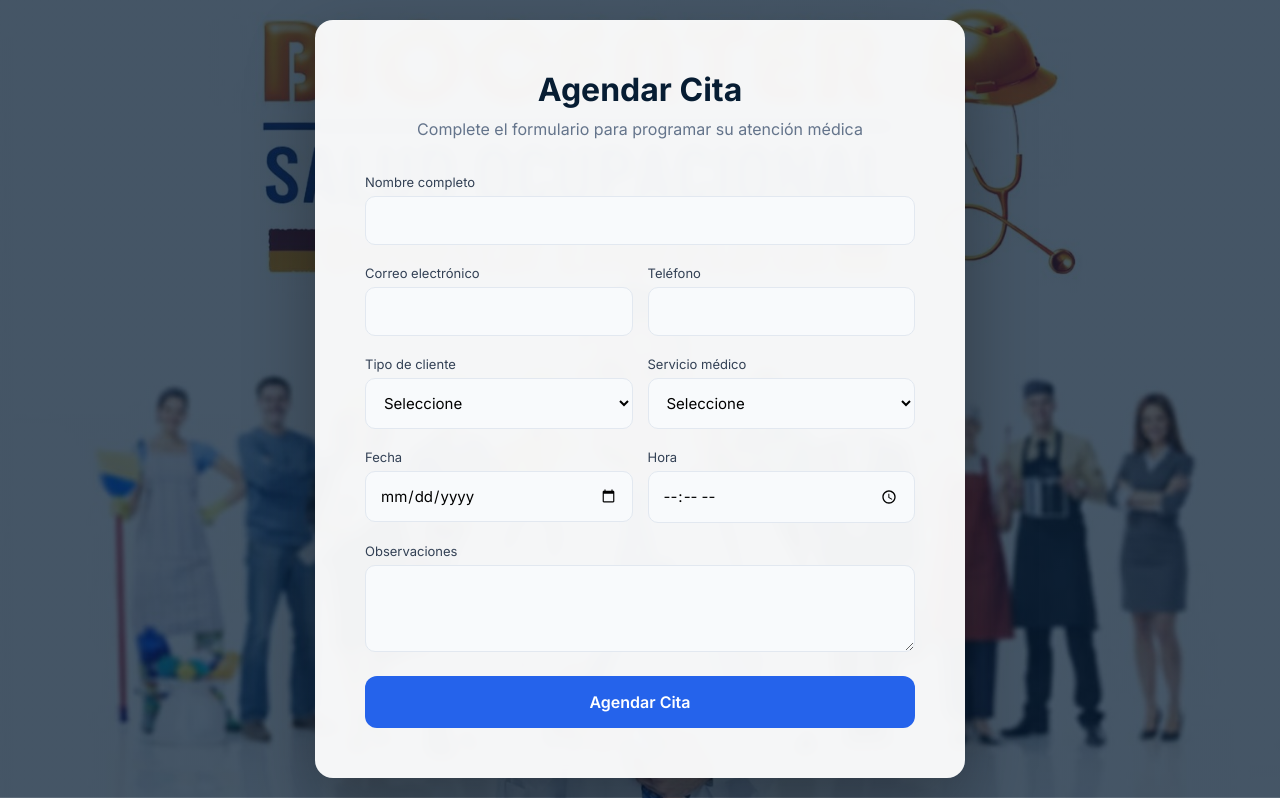
Repository: Miguelperdomo/Biocenter
Page: http://localhost/public_html/formulario.php
These files come from the project's save history. The page is drawn as it stood at one moment and after the next save; the edit follows.
The browser window is 1280 px wide. The pictures show the whole page.
The page is run by PHP 8.4 with error messages shown; the project is at /var/www/html/.

Above is the page before, as saved 2026-02-17 12:13:04.

After the next save:
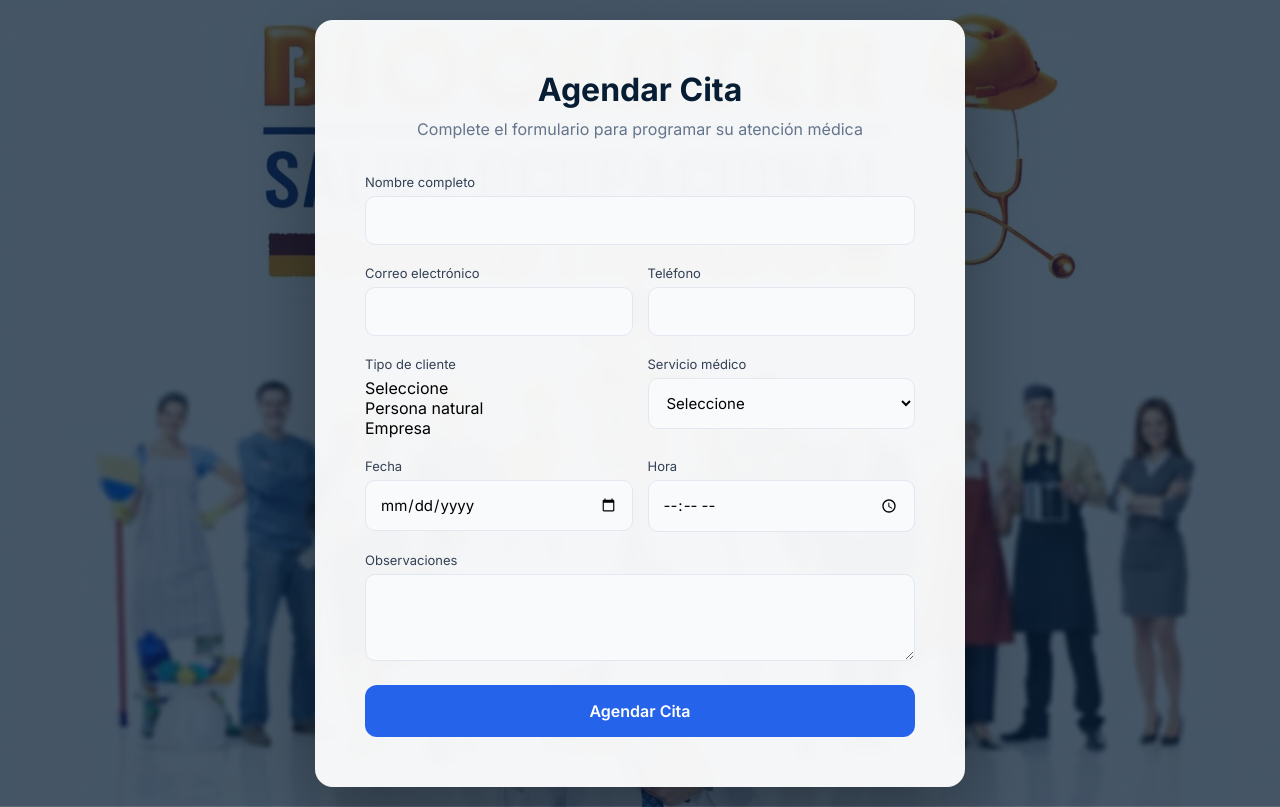
Saved 6 min 28 s later.
--- a/formulario.php
+++ b/formulario.php
@@ -170,12 +170,19 @@ body{
 
 <div class="input-group">
 <label>Tipo de cliente</label>
-<select name="tipo_cliente" required>
-<option value="">Seleccione</option>
-<option>Persona natural</option>
-<option>Empresa</option>
-</select>
-</div>
+
+<div class="custom-select" id="clienteSelect">
+    <div class="select-box">Seleccione</div>
+
+    <div class="options">
+        <div data-value="Persona natural">Persona natural</div>
+        <div data-value="Empresa">Empresa</div>
+    </div>
+
+    <input type="hidden" name="tipo_cliente">
+</div>
+</div>
+
 
 <div class="input-group">
 <label>Servicio médico</label>
